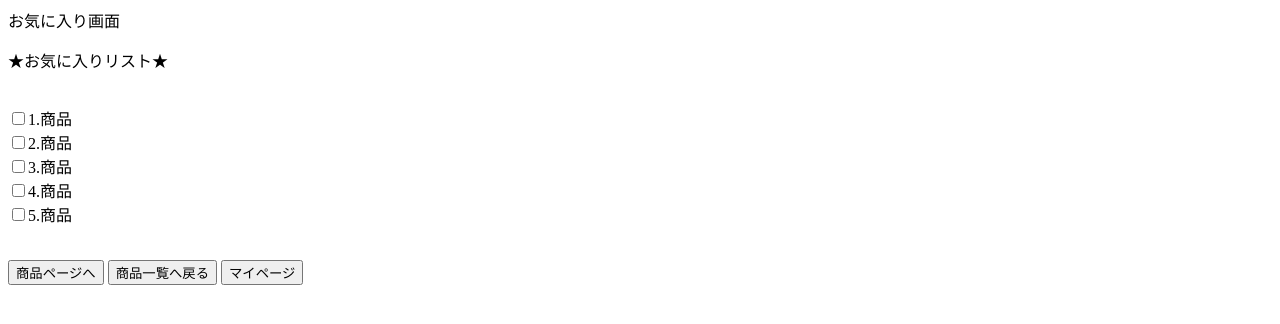
Repository: nathox/backup
Page: http://localhost/Favorite/
These files come from the project's save history. The page is drawn as it stood at one moment and after the next save; the edit follows.
The browser window is 1280 px wide. The pictures show the whole page.
The page is served by Tomcat 9. Other server files are loaded and not shown.

Above is the page before, as saved 2018-02-06 02:27:19.

### Favorite/WebContent/a.jsp
<%@ page language="java" contentType="text/html; charset=UTF-8"
    pageEncoding="UTF-8"%>
<!DOCTYPE html PUBLIC "-//W3C//DTD HTML 4.01 Transitional//EN" "http://www.w3.org/TR/html4/loose.dtd">
<html>
<head>
<meta http-equiv="Content-Type" content="text/html; charset=UTF-8">
<title>Insert title here</title>
</head>
<body>



<form name="frmMove">
<script language=javascript>
function obakasannemou(){
objChk = frmMove.chkMove //チェックボックスオブジェクトを参照
str = ""; //チェック内容を代入する変数
for(i = 0 ; i < objChk.length;i++){
if(objChk[i].checked) str += objChk[i].value
}
switch(str){
case "1":
location.href="https://www.yahoo.co.jp/";
break;
case "2":
location.href="https://www.google.co.jp";
break;

case "3":
location.href="https://www.biglobe.ne.jp/";
break;

case "4":
location.href="https://www.goo.ne.jp/";
break;

case "5":
location.href="https://www.google.co.jp/maps";
break;


}
}
</script>

お気に入り画面
<p>
★お気に入りリスト★
</p>

<p>
<br>
<input type="checkbox" value="1" name="chkMove">1.商品
<br><input type="checkbox" value="2" name="chkMove">2.商品
<br><input type="checkbox" value="3" name="chkMove">3.商品
<br><input type="checkbox" value="4" name="chkMove">4.商品
<br><input type="checkbox" value="5" name="chkMove">5.商品
</p>

<p>
<br><input type="button" value="商品ページへ" onclick="obakasannemou()">


<INPUT TYPE="button" VALUE="商品一覧へ戻る" onClick="location.href='https://www.yahoo.co.jp/'">

<INPUT TYPE="button" VALUE="マイページ" onClick="location.href='https://www.yahoo.co.jp/'">



</p>
</form>





</body>
</html>

After the next save:
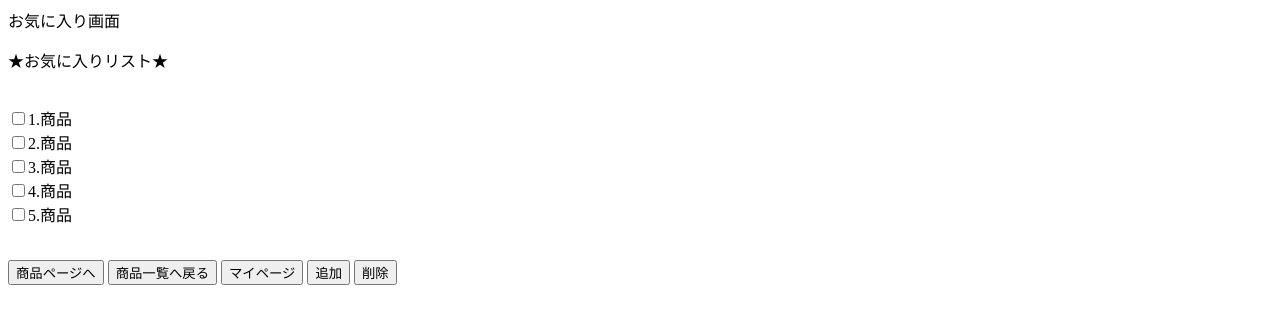
Saved 15 min 11 s later.
--- a/Favorite/WebContent/a.jsp
+++ b/Favorite/WebContent/a.jsp
@@ -67,6 +67,13 @@ break;
 
 
 
+
+
+<INPUT TYPE="button" VALUE="追加" onClick="location.href='https://www.yahoo.co.jp/'">
+<INPUT TYPE="button" VALUE="削除" onClick="location.href='https://www.yahoo.co.jp/'">
+
+
+
 </p>
 </form>
 
